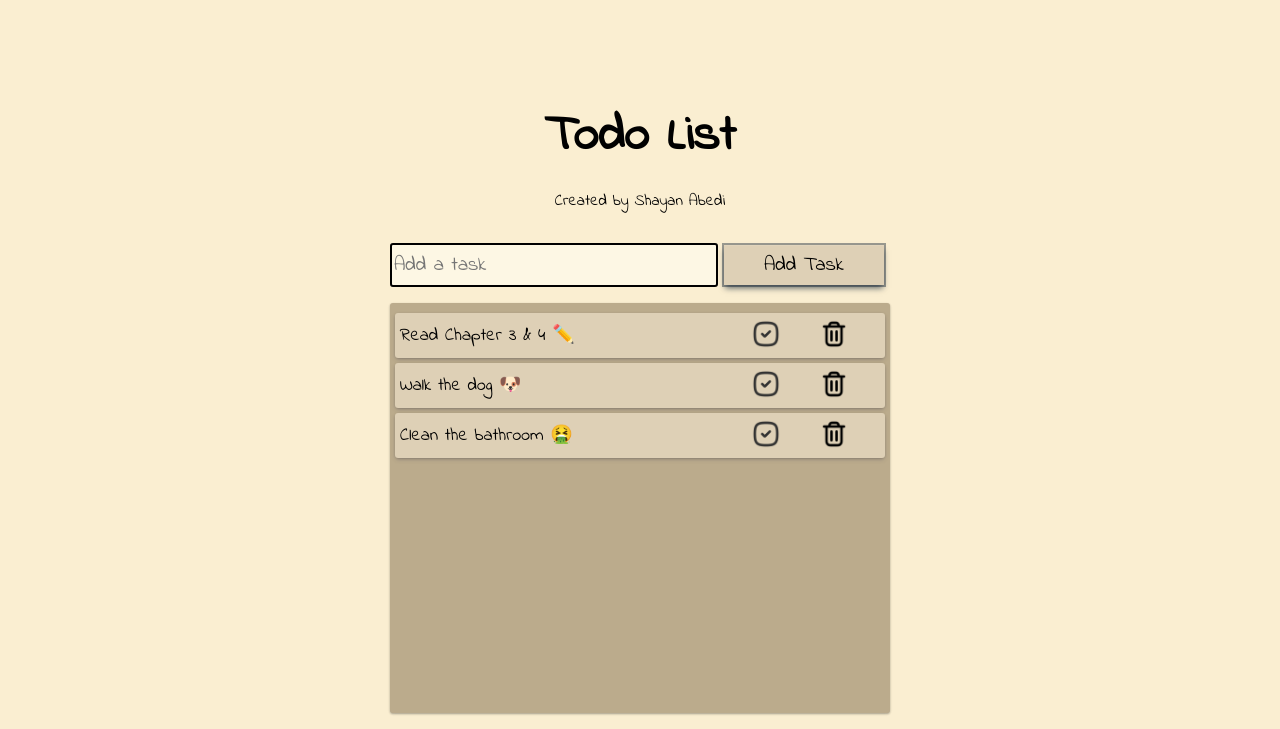
Repository: shayanabedi98/todo-list
Page: /
An editor plug-in stored every save of this project. The page is shown before and after the next save, followed by the edit.
The browser window is 1280 px wide. The pictures show the whole page.
The project was rebuilt for these pictures with package versions that can differ from the ones it lists, and the page was loaded fresh each time. Also part of the build but not shown: vite.config.js.

Above is the page before, as saved 2023-12-30 16:12:57.

After the next save:
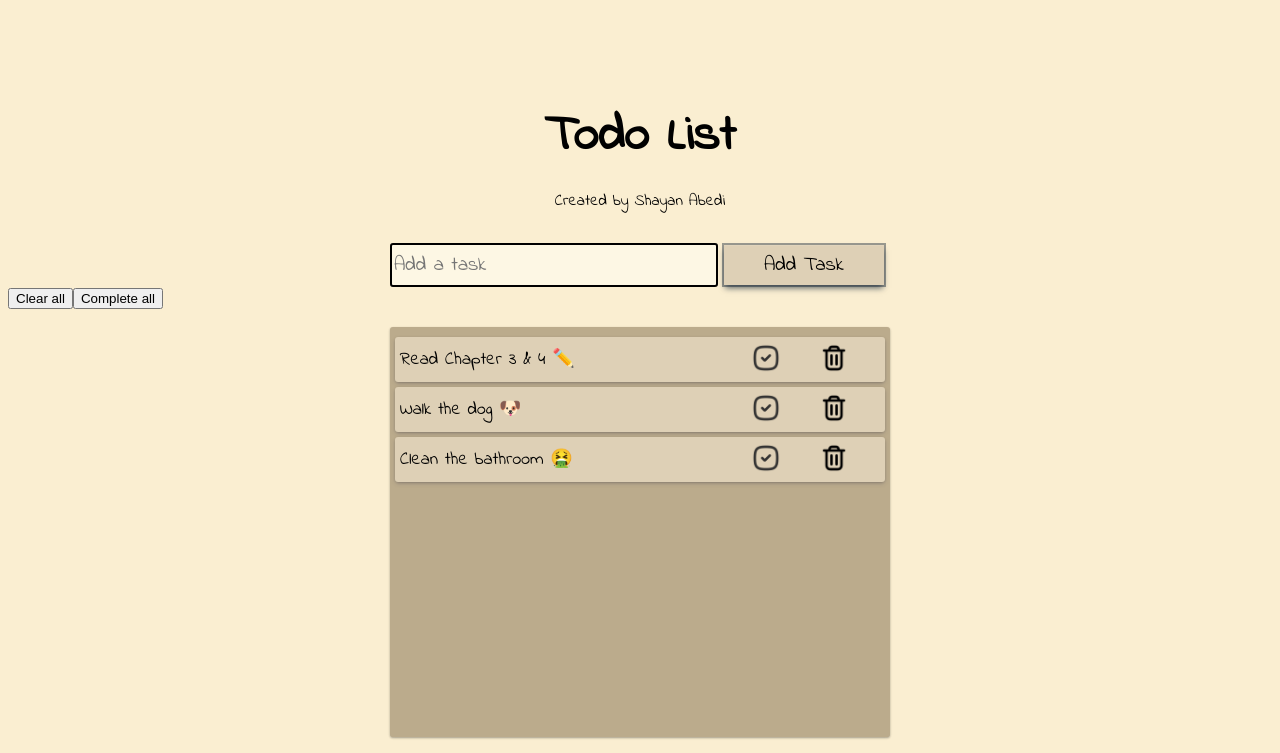
Saved 8 s later.
--- a/src/App.jsx
+++ b/src/App.jsx
@@ -46,6 +46,7 @@ function App() {
       <h1>Todo List</h1>
       <p>Created by Shayan Abedi</p>
       <CreateTask handleChange={handleChange} input={input} addTask={addTask} />
+      <AffectAll />
       <TodoList
         list={list}
         handleDelete={handleDelete}
